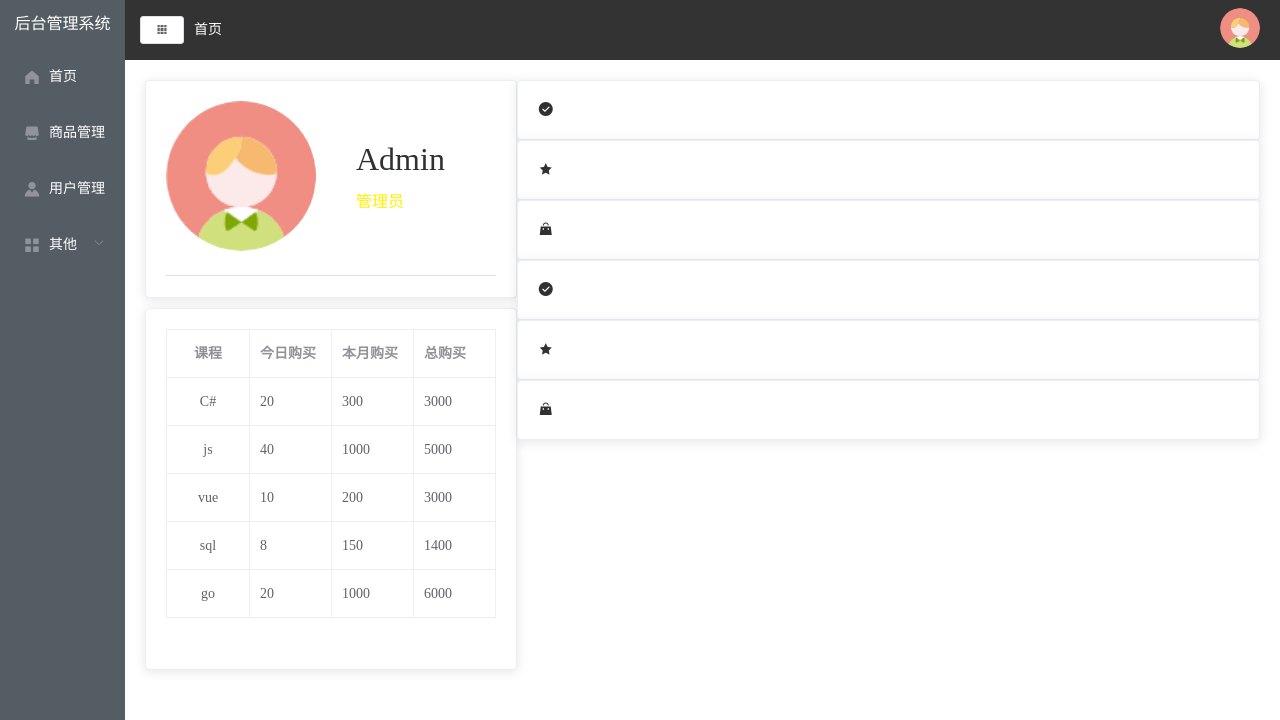
Repository: tkqi/manage
Page: /
These files come from the project's save history. The page is drawn as it stood at one moment and after the next save; the edit follows.
The browser window is 1280 px wide. The pictures show the whole page.
The project was rebuilt for these pictures with package versions that can differ from the ones it lists, and the page was loaded fresh each time. Also part of the build but not shown: vue.config.js.

Above is the page before, as saved 2023-12-06 11:00:34.

### src/main.js
import Vue from 'vue'
import App from './App.vue'
import router from './router'
import store from './store'
import ElementUI from 'element-ui';
import 'element-ui/lib/theme-chalk/index.css';

Vue.config.productionTip = false
Vue.use(ElementUI);

new Vue({
  router,
  store,
  render: h => h(App)
}).$mount('#app')

### src/App.vue
<template>
  <div id="app">
    <!-- 路由出口 -->
    <router-view />
  </div>
</template>

<script>
export default {
  name: 'App'
}
</script>

<style lang="less">
html,
body,
h3,
p {
  margin: 0;
  padding: 0;
}
</style>

### src/router/index.js
import Vue from 'vue'
import VueRouter from 'vue-router'
import routes from './routes'
Vue.use(VueRouter)


const router = new VueRouter({
  routes: routes
})

// 暴露router实例
export default router

### src/store/index.js
import Vue from 'vue'
import Vuex from 'vuex'
import tab from './tab.js'

Vue.use(Vuex)

const store = new Vuex.Store({
  state: {

  },
  getters: {
  },
  mutations: {
  },
  actions: {
  },
  modules: {
    tab
  }
})

export default store;

### src/router/routes.js
export default [
    // 主路由
    {
        path: '/',
        component: () => import('../views/Main.vue'),
        redirect: '/home',// 重定向
        // 子路由
        children: [
            {
                // 首页
                path: '/home',
                // 路由组件懒加载
                component: () => import('../views/Home.vue')
            },
            {
                // 用户管理
                path: '/user',
                component: () => import('../views/User.vue')
            },
            {
                // 商品管理
                path: '/mall',
                component: () => import('../views/Mall.vue')
            },
            {
                // 其他/页面1
                path: '/page1',
                component: () => import('../views/Page1.vue')
            },
            {
                // 其他/页面2
                path: '/page2',
                component: () => import('../views/Page2.vue')
            },
        ]
    },
    {
        path: '/home',
        // 路由组件懒加载
        component: () => import('../views/Home.vue')
    },
    {
        path: '/user',
        component: () => import('../views/User.vue')
    }
]

### src/store/tab.js
// 菜单相关数据
export default {
    state: {
        isCollapse: false
    },
    getters: {
        getisCollapse: (state) => state.isCollapse
    },
    mutations: {
        EDITIsCollapse(state){
            state.isCollapse = !state.isCollapse;
        }
    }
}

### src/views/Main.vue
<!-- eslint-disable vue/multi-word-component-names -->
<template>
    <div>
        <el-container>
            <el-aside width="auto">
                <sidebar />
            </el-aside>
            <el-container>
                <el-header>
                    <topbar />
                </el-header>
                <el-main>
                    <transition>
                        <keep-alive>
                            <router-view />
                        </keep-alive>
                    </transition>
                </el-main>
            </el-container>
        </el-container>
    </div>
</template>

<script>
import sidebar from '../components/sidebar.vue'
import topbar from '../components/topbar.vue';
export default {
    components: {
        sidebar,
        topbar
    }
}
</script>

<style lang="less" scoped>
.el-header {
    padding: 0;
    margin: 0;
}
</style>

### src/views/Home.vue
<!-- eslint-disable vue/multi-word-component-names -->
<template>
    <el-row>
        <el-col :span="8">
            <div>
                <el-card class="box-card">
                    <div class="user">
                        <img class="img" src="../assets/img/user-default.png" alt="">
                        <div class="user-info">
                            <P class="name">Admin</P>
                            <p class="access">管理员</p>
                        </div>
                    </div>
                    <el-divider></el-divider>
                    <div class="login-info">
                        <p>上次登录时间: <span>2023-12-03</span></p>
                        <p>上次登录地点: <span>绍兴</span></p>
                    </div>
                </el-card>
                <el-card class="table">
                    <el-table :data="tableData" border style="width: 100%">
                        <el-table-column prop="course" label="课程" :min-width="30" width="auto" align="center">
                        </el-table-column>
                        <el-table-column prop="buytoday" label="今日购买" :min-width="30" width="auto">
                        </el-table-column>
                        <el-table-column prop="buythemonth" label="本月购买" :min-width="30" width="auto">
                        </el-table-column>
                        <el-table-column prop="buyall" label="总购买" :min-width="30" width="auto">
                        </el-table-column>
                    </el-table>
                </el-card>
            </div>
        </el-col>
        <el-col :span="16">
            <div class="buy">
                <el-card v-for="(item, index) in countData" :key="index" >
                    <i class="icon" :class="`el-icon-${item.icon}`"></i>
                </el-card>
            </div>
        </el-col>
    </el-row>
</template>

<script>
export default {
    data() {
        return {
            tableData: [
                {
                    course: 'C#',
                    buytoday: 20,
                    buythemonth: 300,
                    buyall: 3000
                },
                {
                    course: 'js',
                    buytoday: 40,
                    buythemonth: 1000,
                    buyall: 5000
                },
                {
                    course: 'vue',
                    buytoday: 10,
                    buythemonth: 200,
                    buyall: 3000
                },
                {
                    course: 'sql',
                    buytoday: 8,
                    buythemonth: 150,
                    buyall: 1400
                },
                {
                    course: 'go',
                    buytoday: 20,
                    buythemonth: 1000,
                    buyall: 6000
                }
            ],
            countData:[
                {
                    label:'今日支付订单',
                    value:1234,
                    color:'#2ec7c9',
                    icon:'success'
                },
                {
                    label:'今日收藏订单',
                    value:120,
                    color:'#ffb980',
                    icon:'star-on'
                },
                {
                    label:'今日未支付订单',
                    value:180,
                    color:'#5ab1ef',
                    icon:'s-goods'
                },
                {
                    label:'本月支付订单',
                    value:1234,
                    color:'#2ec7c9',
                    icon:'success'
                },
                {
                    label:'本月收藏订单',
                    value:120,
                    color:'#ffb980',
                    icon:'star-on'
                },
                {
                    label:'本月未支付订单',
                    value:180,
                    color:'#5ab1ef',
                    icon:'s-goods'
                }
            ]
        }
    }
}
</script>
<style lang="less" scoped>
.box-card {
    height: 30vh;
    .user {
        display: flex;
        align-items: center;
        padding-right: 0px;

        .user-info {
            .name {
                font-size: 32px;
                margin-bottom: 10px;
            }

            .access {
                color: #fff000;
            }
        }

        img {
            height: 150px;
            width: 150px;
            border-radius: 50%;
            margin-right: 40px;
        }
    }
}

.login-info {
    line-height: 25px;

    p {
        font-size: 12px;

        span {
            font-size: 12px;
            margin-left: 50px;
        }
    }
}

.table {
    margin-top: 10px;
    height: 50vh;
    el-table{
        height: 100%;
    }
}
</style>

### src/components/sidebar.vue
<!-- eslint-disable vue/multi-word-component-names -->
<template>
    <el-menu class="menu" @open="handleOpen" @close="handleClose" :collapse="isCollapse" background-color="#545c64"
        text-color="#fff" active-text-color="#ffd04b">
        <h3>{{ !isCollapse?'后台管理系统':'后台' }}</h3>
        <el-menu-item v-for="item in noChildren" :key="item.name" :index="item.name" @click="clickMenu(item)">
            <i :class="`el-icon-${item.icon}`"></i>
            <span slot="title">{{ item.label }}</span>
        </el-menu-item>
        <el-submenu v-for="item in hasChildren" :key="item.label" :index="item.label">
            <template slot="title">
                <i :class="`el-icon-${item.icon}`"></i>
                <span slot="title">{{ item.label }}</span>
            </template>
            <el-menu-item-group v-for="subitem in item.children" :key="subitem.name">
                <el-menu-item :index="subitem.name" @click="clickSubmenu(subitem)">
                    <!-- <template slot="title"> -->
                    <i :class="`el-icon-${subitem.icon}`"></i>
                    <span slot="title">{{ subitem.name }}</span>
                    <!-- </template> -->
                </el-menu-item>
            </el-menu-item-group>
        </el-submenu>
    </el-menu>
</template>

<script>
export default {
    computed: {
        // 无子菜单
        noChildren() {
            return this.menuData.filter(o => !o.children);
        },
        // 有子菜单
        hasChildren() {
            return this.menuData.filter(o => o.children);
        },
        isCollapse() {
           return this.$store.state.tab.isCollapse;
        }
    },
    data() {
        return {
            // 使用store实时改变属性需要定义到computed
            // isCollapse: this.$store.getters('getisCollapse'),
            menuData: [
                {
                    path: '/',
                    name: 'home',
                    label: "首页",
                    icon: 's-home',
                    url: 'Home/Home'
                },
                {
                    path: '/mall',
                    name: 'mall',
                    label: "商品管理",
                    icon: 's-shop',
                    url: 'MallManage/MallManage'
                },
                {
                    path: '/user',
                    name: 'user',
                    label: "用户管理",
                    icon: 's-custom',
                    url: 'UserManage/UserManage'
                },
                {
                    label: '其他',
                    icon: 'menu',
                    children: [
                        {
                            path: '/page1',
                            name: 'page1',
                            label: "页面1",
                            icon: 's-claim',
                            url: 'Other/PageOne'
                        },
                        {
                            path: '/page2',
                            name: 'page2',
                            label: "页面2",
                            icon: 's-claim',
                            url: 'Other/PageTwo'
                        },
                    ]
                }
            ]
        };
    },
    methods: {
        handleOpen(key, keyPath) {
            console.log(key, keyPath);
        },
        handleClose(key, keyPath) {
            console.log(key, keyPath);
        },
        clickMenu(item) {
            console.log(this.$router.currentRoute.path);
            // 判断当前路由于点击链接的路由不一致才跳转
            if (item.path != this.$route.path && !(this.$route.path == '/home' && item.path == '/'))
                this.$router.push(item.path);
        },
        clickSubmenu(subitem) {
            // 判断当前路由于点击链接的路由不一致才跳转
            if (subitem.path != this.$route.path)
                this.$router.push(subitem.path);
        }
    }
}
</script>

<style lang="less" scoped>
.el-menu-vertical-demo:not(.el-menu--collapse) {
    width: 200px;
    min-height: 400px;
}

.menu {
    height: 100vh;
    border-right:0;
    h3 {
        color: rgb(255, 255, 255);
        text-align: center;
        line-height: 48px;
        font-size: 16px;
        font-weight: 400;
    }
}
</style>

### src/components/topbar.vue
<!-- eslint-disable vue/multi-word-component-names -->
<template>
    <div class="head-container">
        <div class="l-content">
            <el-button icon="el-icon-s-grid" size="mini" @click="changeCollapse()"/>
            <!-- 面包屑 -->
            <span class="text">首页</span>
        </div>
        <div class="r-content">
            <el-dropdown>
                <span class="el-dropdown-link">
                    <img class="img" src="../assets/img/user-default.png" alt="">
                </span>
                <el-dropdown-menu slot="dropdown">
                    <el-dropdown-item>个人中心</el-dropdown-item>
                    <el-dropdown-item>退出</el-dropdown-item>
                </el-dropdown-menu>
            </el-dropdown>
        </div>
    </div>
</template>

<script>
export default {
    data(){
        return{

        }
    },
    methods:{
        changeCollapse(){
            console.log(1);
            this.$store.commit('EDITIsCollapse');
        }
    }
}
</script>

<style lang="less" scoped>
.head-container {
    background-color: #333;
    height: 60px;
    display: flex;
    justify-content: space-between;
    align-items: center;
    padding-left: 15px;
    padding-right: 20px;
}

// .l-content {
//     padding-left: 15px;
// }

// .r-content {}

.text {
    color: white;
    font-size: 14px;
    padding-left: 10px;
}

.img{
    height: 40px;
    width: 40px;
    border-radius: 50%;
}
</style>

Loaded but not shown: public/index.html (common file)

After the next save:
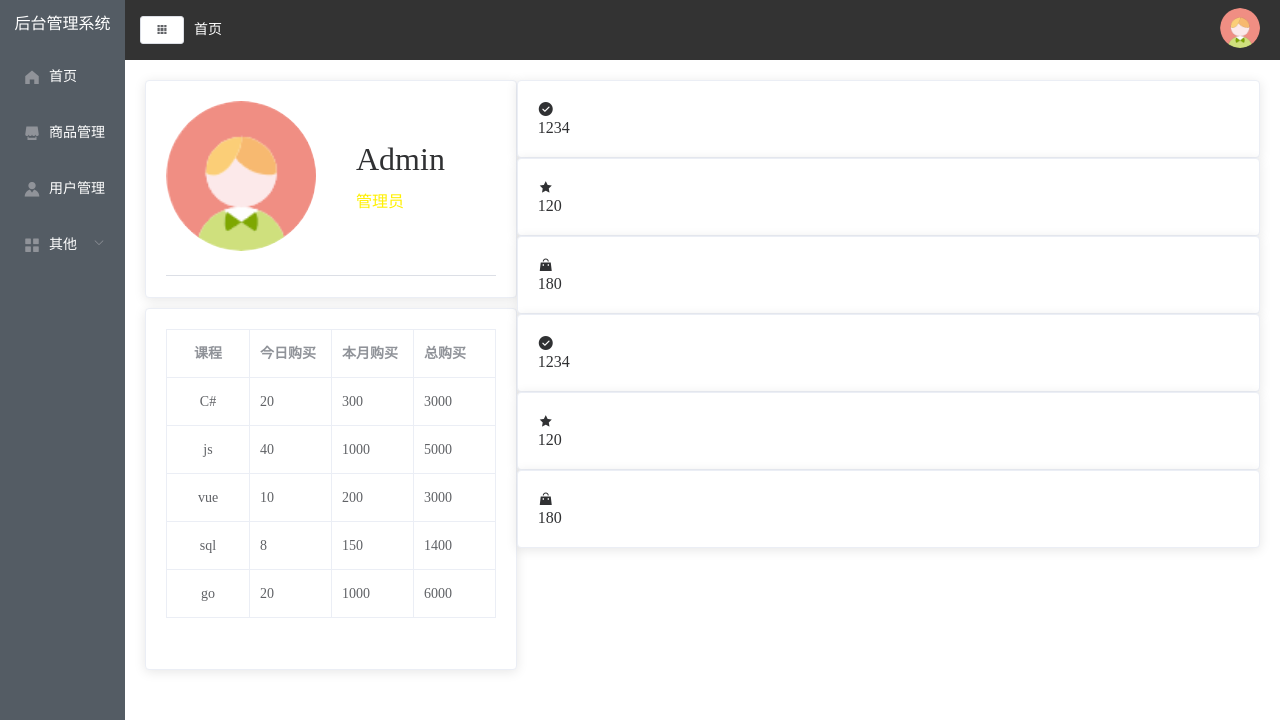
Saved 47 s later.
--- a/src/views/Home.vue
+++ b/src/views/Home.vue
@@ -35,6 +35,10 @@
             <div class="buy">
                 <el-card v-for="(item, index) in countData" :key="index" >
                     <i class="icon" :class="`el-icon-${item.icon}`"></i>
+                    <div>
+                        <p>{{ item.value }}</p>
+                        <p>{{ item.name }}</p>
+                    </div>
                 </el-card>
             </div>
         </el-col>
